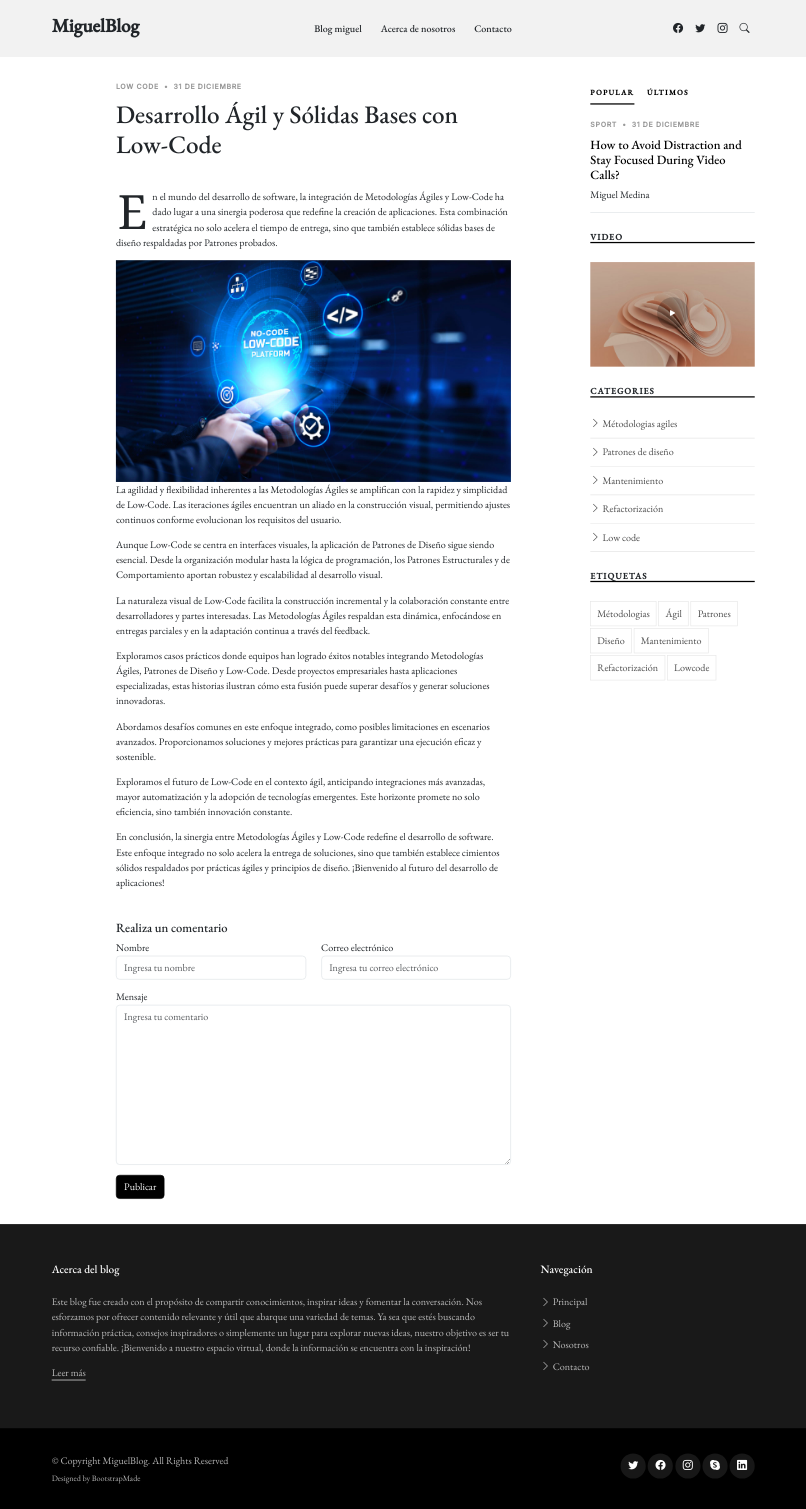
Repository: MiguelDev5/blog-miguel
Page: post-lc.html
An editor plug-in stored every save of this project. The page is shown before and after the next save, followed by the edit.
The browser window is 1280 px wide. The pictures show the whole page, at 63% of full size.
Some web fonts or font styles are not loaded; a fallback is used.

Above is the page before, as saved 2024-01-01 21:39:51.

### post-lc.html
<!DOCTYPE html>
<html lang="en">

<head>
  <meta charset="utf-8">
  <meta content="width=device-width, initial-scale=1.0" name="viewport">

  <title>MiguelBlog Bootstrap Template - Single Post</title>
  <meta content="" name="description">
  <meta content="" name="keywords">

  <!-- Favicons -->
  <link href="assets/img/favicon.png" rel="icon">
  <link href="assets/img/apple-touch-icon.png" rel="apple-touch-icon">

  <!-- Google Fonts -->
  <link rel="preconnect" href="https://fonts.googleapis.com">
  <link rel="preconnect" href="https://fonts.gstatic.com" crossorigin>
  <link href="https://fonts.googleapis.com/css2?family=EB+Garamond:wght@400;500&family=Inter:wght@400;500&family=Playfair+Display:ital,wght@0,400;0,700;1,400;1,700&display=swap" rel="stylesheet">

  <!-- Vendor CSS Files -->
  <link href="assets/vendor/bootstrap/css/bootstrap.min.css" rel="stylesheet">
  <link href="assets/vendor/bootstrap-icons/bootstrap-icons.css" rel="stylesheet">
  <link href="assets/vendor/swiper/swiper-bundle.min.css" rel="stylesheet">
  <link href="assets/vendor/glightbox/css/glightbox.min.css" rel="stylesheet">
  <link href="assets/vendor/aos/aos.css" rel="stylesheet">

  <!-- Template Main CSS Files -->
  <link href="assets/css/variables.css" rel="stylesheet">
  <link href="assets/css/main.css" rel="stylesheet">

  <!-- =======================================================
  * Template Name: MiguelBlog
  * Updated: Sep 18 2023 with Bootstrap v5.3.2
  * Template URL: https://bootstrapmade.com/miguelBlog-bootstrap-blog-template/
  * Author: BootstrapMade.com
  * License: https:///bootstrapmade.com/license/
  ======================================================== -->
</head>

<body>

  <!-- ======= Header ======= -->
  <header id="header" class="header d-flex align-items-center fixed-top">
    <div class="container-fluid container-xl d-flex align-items-center justify-content-between">

      <a href="index.html" class="logo d-flex align-items-center">
        <!-- Uncomment the line below if you also wish to use an image logo -->
        <!-- <img src="assets/img/logo.png" alt=""> -->
        <h1>MiguelBlog</h1>
      </a>

      <nav id="navbar" class="navbar">
        <ul>
          <li><a href="index.html">Blog miguel</a></li>
          <li><a href="about.html">Acerca de nosotros</a></li>
          <li><a href="contact.html">Contacto</a></li>
        </ul>
      </nav><!-- .navbar -->

      <div class="position-relative">
        <a href="#" class="mx-2"><span class="bi-facebook"></span></a>
        <a href="#" class="mx-2"><span class="bi-twitter"></span></a>
        <a href="#" class="mx-2"><span class="bi-instagram"></span></a>

        <a href="#" class="mx-2 js-search-open"><span class="bi-search"></span></a>
        <i class="bi bi-list mobile-nav-toggle"></i>

        <!-- ======= Search Form ======= -->
        <div class="search-form-wrap js-search-form-wrap">
          <form action="search-result.html" class="search-form">
            <span class="icon bi-search"></span>
            <input type="text" placeholder="Search" class="form-control">
            <button class="btn js-search-close"><span class="bi-x"></span></button>
          </form>
        </div><!-- End Search Form -->

      </div>

    </div>

  </header><!-- End Header -->

  <main id="main">

    <section class="single-post-content">
      <div class="container">
        <div class="row">
          <div class="col-md-9 post-content" data-aos="fade-up">

            <!-- ======= Single Post Content ======= -->
            <div class="single-post">
              <div class="post-meta"><span class="date">Low Code</span> <span class="mx-1">&bullet;</span> <span>31 de Diciembre</span></div>
              <h1 class="mb-5">Desarrollo Ágil y Sólidas Bases con Low-Code</h1>
              <p><span class="firstcharacter">E</span>n el mundo del desarrollo de software, la integración de Metodologías Ágiles y Low-Code ha dado lugar a una sinergia poderosa que redefine la creación de aplicaciones. Esta combinación estratégica no solo acelera el tiempo de entrega, sino que también establece sólidas bases de diseño respaldadas por Patrones probados.</p>
              <div class="col-md-9"></div>
                  <img src="assets/img/lc001.jpg" alt="" class="img-fluid" style="width: 200;">
              </div>

              <p>La agilidad y flexibilidad inherentes a las Metodologías Ágiles se amplifican con la rapidez y simplicidad de Low-Code. Las iteraciones ágiles encuentran un aliado en la construcción visual, permitiendo ajustes continuos conforme evolucionan los requisitos del usuario.</p>
              <p>Aunque Low-Code se centra en interfaces visuales, la aplicación de Patrones de Diseño sigue siendo esencial. Desde la organización modular hasta la lógica de programación, los Patrones Estructurales y de Comportamiento aportan robustez y escalabilidad al desarrollo visual.</p>
              <p>La naturaleza visual de Low-Code facilita la construcción incremental y la colaboración constante entre desarrolladores y partes interesadas. Las Metodologías Ágiles respaldan esta dinámica, enfocándose en entregas parciales y en la adaptación continua a través del feedback.</p>
              <p>Exploramos casos prácticos donde equipos han logrado éxitos notables integrando Metodologías Ágiles, Patrones de Diseño y Low-Code. Desde proyectos empresariales hasta aplicaciones especializadas, estas historias ilustran cómo esta fusión puede superar desafíos y generar soluciones innovadoras.</p>
              <p>Abordamos desafíos comunes en este enfoque integrado, como posibles limitaciones en escenarios avanzados. Proporcionamos soluciones y mejores prácticas para garantizar una ejecución eficaz y sostenible.</p>
              <p>Exploramos el futuro de Low-Code en el contexto ágil, anticipando integraciones más avanzadas, mayor automatización y la adopción de tecnologías emergentes. Este horizonte promete no solo eficiencia, sino también innovación constante.</p>
              <p>En conclusión, la sinergia entre Metodologías Ágiles y Low-Code redefine el desarrollo de software. Este enfoque integrado no solo acelera la entrega de soluciones, sino que también establece cimientos sólidos respaldados por prácticas ágiles y principios de diseño. ¡Bienvenido al futuro del desarrollo de aplicaciones!</p>

            <!-- ======= Comments Form ======= -->
            <div class="row justify-content-center mt-5">

              <div class="col-lg-12">
                <h5 class="comment-title">Realiza un comentario</h5>
                <div class="row">
                  <div class="col-lg-6 mb-3">
                    <label for="comment-name">Nombre</label>
                    <input type="text" class="form-control" id="comment-name" placeholder="Ingresa tu nombre">
                  </div>
                  <div class="col-lg-6 mb-3">
                    <label for="comment-email">Correo electrónico</label>
                    <input type="text" class="form-control" id="comment-email" placeholder="Ingresa tu correo electrónico">
                  </div>
                  <div class="col-12 mb-3">
                    <label for="comment-message">Mensaje</label>

                    <textarea class="form-control" id="comment-message" placeholder="Ingresa tu comentario" cols="30" rows="10"></textarea>
                  </div>
                  <div class="col-12">
                    <input type="submit" class="btn btn-primary" value="Publicar">
                  </div>
                </div>
              </div>
            </div><!-- End Comments Form -->

          </div>
          <div class="col-md-3">
            <!-- ======= Sidebar ======= -->
            <div class="aside-block">

              <ul class="nav nav-pills custom-tab-nav mb-4" id="pills-tab" role="tablist">
                <li class="nav-item" role="presentation">
                  <button class="nav-link active" id="pills-popular-tab" data-bs-toggle="pill" data-bs-target="#pills-popular" type="button" role="tab" aria-controls="pills-popular" aria-selected="true">Popular</button>
                </li>
                <li class="nav-item" role="presentation">
                  <button class="nav-link" id="pills-latest-tab" data-bs-toggle="pill" data-bs-target="#pills-latest" type="button" role="tab" aria-controls="pills-latest" aria-selected="false">Últimos</button>
                </li>
              </ul>

              <div class="tab-content" id="pills-tabContent">

                <!-- Popular -->
                <div class="tab-pane fade show active" id="pills-popular" role="tabpanel" aria-labelledby="pills-popular-tab">
                  <div class="post-entry-1 border-bottom">
                    <div class="post-meta"><span class="date">Sport</span> <span class="mx-1">&bullet;</span> <span>31 de Diciembre</span></div>
                    <h2 class="mb-2"><a href="#">How to Avoid Distraction and Stay Focused During Video Calls?</a></h2>
                    <span class="author mb-3 d-block">Miguel Medina</span>
                  </div>


                </div> <!-- End Popular -->



                <!-- Latest -->
                <div class="tab-pane fade" id="pills-latest" role="tabpanel" aria-labelledby="pills-latest-tab">
                  <div class="post-entry-1 border-bottom">
                    <div class="post-meta"><span class="date">Lifestyle</span> <span class="mx-1">&bullet;</span> <span>31 de Diciembre</span></div>
                    <h2 class="mb-2"><a href="#">Life Insurance And Pregnancy: A Working Mom’s Guide</a></h2>
                    <span class="author mb-3 d-block">Miguel Medina</span>
                  </div>



                </div> <!-- End Latest -->

              </div>
            </div>

            <div class="aside-block">
              <h3 class="aside-title">Video</h3>
              <div class="video-post">
                <a href="https://www.youtube.com/watch?v=AiFfDjmd0jU" class="glightbox link-video">
                  <span class="bi-play-fill"></span>
                  <img src="assets/img/post-landscape-5.jpg" alt="" class="img-fluid">
                </a>
              </div>
            </div><!-- End Video -->

            <div class="aside-block">
              <h3 class="aside-title">Categories</h3>
              <ul class="aside-links list-unstyled">
                <li><a href="category.html"><i class="bi bi-chevron-right"></i> Métodologias agiles</a></li>
                <li><a href="category.html"><i class="bi bi-chevron-right"></i> Patrones de diseño</a></li>
                <li><a href="category.html"><i class="bi bi-chevron-right"></i> Mantenimiento</a></li>
                <li><a href="category.html"><i class="bi bi-chevron-right"></i> Refactorización</a></li>
                <li><a href="category.html"><i class="bi bi-chevron-right"></i> Low code</a></li>
              </ul>
            </div><!-- End Categories -->

            <div class="aside-block">
              <h3 class="aside-title">Etiquetas</h3>
              <ul class="aside-tags list-unstyled">
                <li><a href="category.html">Métodologias</a></li>
                <li><a href="category.html">Ágil</a></li>
                <li><a href="category.html">Patrones</a></li>
                <li><a href="category.html">Diseño</a></li>
                <li><a href="category.html">Mantenimiento</a></li>
                <li><a href="category.html">Refactorización</a></li>
                <li><a href="category.html">Lowcode</a></li>
              </ul>
            </div><!-- End Tags -->

          </div>
        </div>
      </div>
    </section>
  </main><!-- End #main -->

  <!-- ======= Footer ======= -->
  <footer id="footer" class="footer">
    <div class="footer-content">
      <div class="container">
        <div class="row g-5">
          <div class="col-lg-8">
            <h3 class="footer-heading">Acerca del blog</h3>
            <p>Este blog fue creado con el propósito de compartir conocimientos, inspirar ideas y fomentar la conversación. Nos esforzamos por ofrecer contenido relevante y útil que abarque una variedad de temas. Ya sea que estés buscando información práctica, consejos inspiradores o simplemente un lugar para explorar nuevas ideas, nuestro objetivo es ser tu recurso confiable. ¡Bienvenido a nuestro espacio virtual, donde la información se encuentra con la inspiración!</p>
            <p><a href="about.html" class="footer-link-more">Leer más</a></p>
          </div>
          <div class="col-6 col-lg-2">
            <h3 class="footer-heading">Navegación</h3>
            <ul class="footer-links list-unstyled">
              <li><a href="index.html"><i class="bi bi-chevron-right"></i> Principal</a></li>
              <li><a href="index.html"><i class="bi bi-chevron-right"></i> Blog</a></li>
              <li><a href="about.html"><i class="bi bi-chevron-right"></i> Nosotros</a></li>
              <li><a href="contact.html"><i class="bi bi-chevron-right"></i> Contacto</a></li>
            </ul>
          </div>
        </div>
      </div>
    </div>

    <div class="footer-legal">
      <div class="container">

        <div class="row justify-content-between">
          <div class="col-md-6 text-center text-md-start mb-3 mb-md-0">
            <div class="copyright">
              © Copyright <strong><span>MiguelBlog</span></strong>. All Rights Reserved
            </div>

            <div class="credits">
              Designed by BootstrapMade
            </div>

          </div>

          <div class="col-md-6">
            <div class="social-links mb-3 mb-lg-0 text-center text-md-end">
              <a href="#" class="twitter"><i class="bi bi-twitter"></i></a>
              <a href="#" class="facebook"><i class="bi bi-facebook"></i></a>
              <a href="#" class="instagram"><i class="bi bi-instagram"></i></a>
              <a href="#" class="google-plus"><i class="bi bi-skype"></i></a>
              <a href="#" class="linkedin"><i class="bi bi-linkedin"></i></a>
            </div>

          </div>

        </div>

      </div>
    </div>
  </footer>

  <a href="#" class="scroll-top d-flex align-items-center justify-content-center"><i class="bi bi-arrow-up-short"></i></a>

  <!-- Vendor JS Files -->
  <script src="assets/vendor/bootstrap/js/bootstrap.bundle.min.js"></script>
  <script src="assets/vendor/swiper/swiper-bundle.min.js"></script>
  <script src="assets/vendor/glightbox/js/glightbox.min.js"></script>
  <script src="assets/vendor/aos/aos.js"></script>
  <script src="assets/vendor/php-email-form/validate.js"></script>

  <!-- Template Main JS File -->
  <script src="assets/js/main.js"></script>

</body>

</html>

Loaded but not shown: assets/vendor/bootstrap/css/bootstrap.min.css (library); assets/vendor/bootstrap-icons/bootstrap-icons.css (library); assets/vendor/swiper/swiper-bundle.min.css (library); assets/vendor/glightbox/css/glightbox.min.css (library); assets/vendor/aos/aos.css (library); assets/vendor/bootstrap/js/bootstrap.bundle.min.js (library); assets/vendor/swiper/swiper-bundle.min.js (library); assets/vendor/glightbox/js/glightbox.min.js (library); assets/vendor/aos/aos.js (library); assets/vendor/php-email-form/validate.js (common file); assets/js/main.js (154 lines, source omitted); assets/css/main.css (1300 lines, source omitted); assets/css/variables.css (207 lines, source omitted)

After the next save:
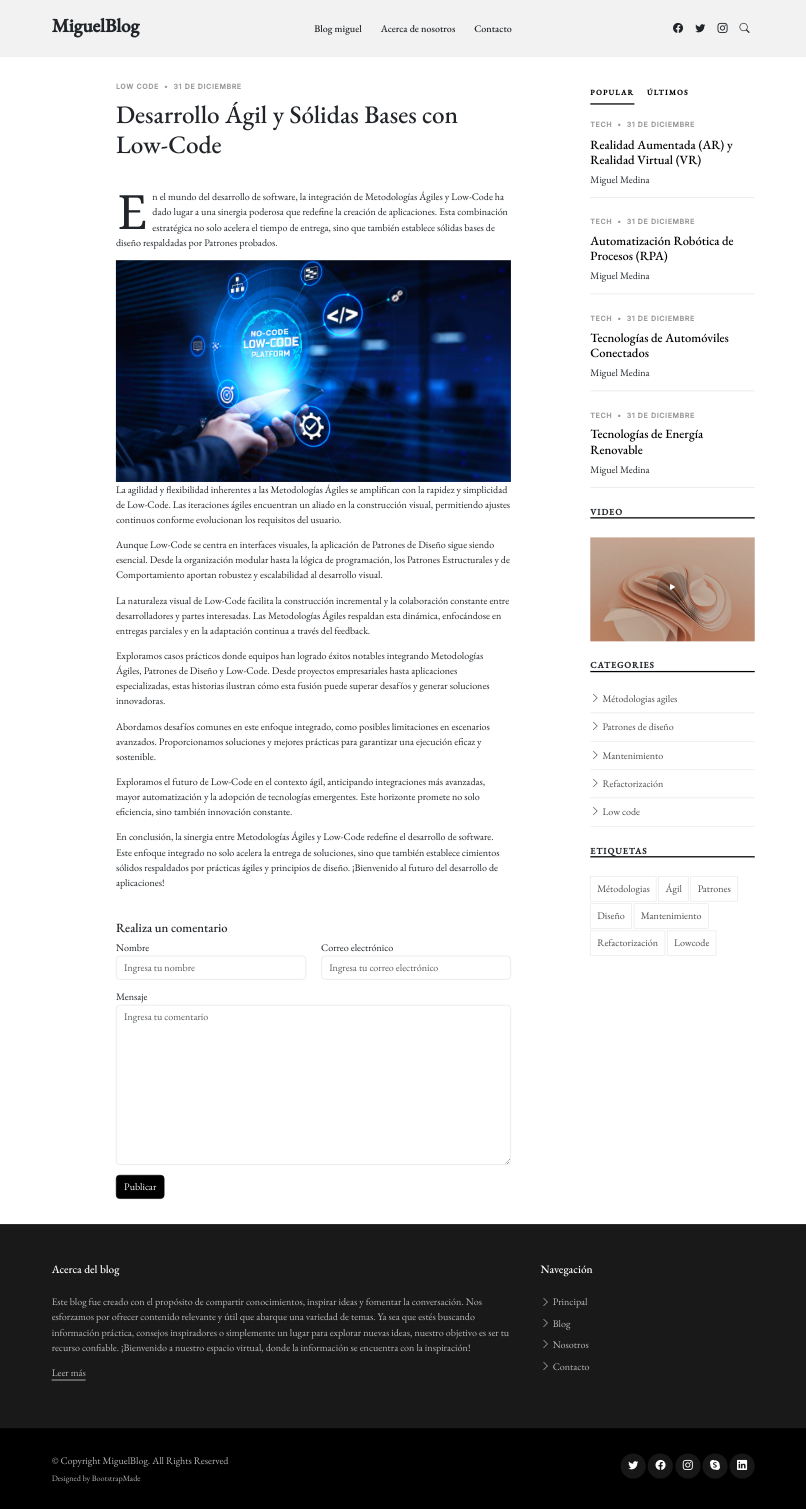
Saved 54 s later.
--- a/post-lc.html
+++ b/post-lc.html
@@ -150,26 +150,57 @@
                 <!-- Popular -->
                 <div class="tab-pane fade show active" id="pills-popular" role="tabpanel" aria-labelledby="pills-popular-tab">
                   <div class="post-entry-1 border-bottom">
-                    <div class="post-meta"><span class="date">Sport</span> <span class="mx-1">&bullet;</span> <span>31 de Diciembre</span></div>
-                    <h2 class="mb-2"><a href="#">How to Avoid Distraction and Stay Focused During Video Calls?</a></h2>
-                    <span class="author mb-3 d-block">Miguel Medina</span>
-                  </div>
-
-
+                    <div class="post-meta"><span class="date">Tech</span> <span class="mx-1">&bullet;</span> <span>31 de Diciembre</span></div>
+                    <h2 class="mb-2"><a href="#">Realidad Aumentada (AR) y Realidad Virtual (VR)</a></h2>
+                    <span class="author mb-3 d-block">Miguel Medina</span>
+                  </div>
+
+                  <div class="post-entry-1 border-bottom">
+                    <div class="post-meta"><span class="date">Tech</span> <span class="mx-1">&bullet;</span> <span>31 de Diciembre</span></div>
+                    <h2 class="mb-2"><a href="#">Automatización Robótica de Procesos (RPA)</a></h2>
+                    <span class="author mb-3 d-block">Miguel Medina</span>
+                  </div>
+
+                  <div class="post-entry-1 border-bottom">
+                    <div class="post-meta"><span class="date">Tech</span> <span class="mx-1">&bullet;</span> <span>31 de Diciembre</span></div>
+                    <h2 class="mb-2"><a href="#">Tecnologías de Automóviles Conectados</a></h2>
+                    <span class="author mb-3 d-block">Miguel Medina</span>
+                  </div>
+
+                  <div class="post-entry-1 border-bottom">
+                    <div class="post-meta"><span class="date">Tech</span> <span class="mx-1">&bullet;</span> <span>31 de Diciembre</span></div>
+                    <h2 class="mb-2"><a href="#">Tecnologías de Energía Renovable</a></h2>
+                    <span class="author mb-3 d-block">Miguel Medina</span>
+                  </div>
                 </div> <!-- End Popular -->
-
-
 
                 <!-- Latest -->
                 <div class="tab-pane fade" id="pills-latest" role="tabpanel" aria-labelledby="pills-latest-tab">
                   <div class="post-entry-1 border-bottom">
-                    <div class="post-meta"><span class="date">Lifestyle</span> <span class="mx-1">&bullet;</span> <span>31 de Diciembre</span></div>
-                    <h2 class="mb-2"><a href="#">Life Insurance And Pregnancy: A Working Mom’s Guide</a></h2>
-                    <span class="author mb-3 d-block">Miguel Medina</span>
-                  </div>
-
-
-
+                    <div class="post-meta"><span class="date">Tech</span> <span class="mx-1">&bullet;</span> <span>31 de Diciembre</span></div>
+                    <h2 class="mb-2"><a href="#">Bienestar Digital</a></h2>
+                    <span class="author mb-3 d-block">Miguel Medina</span>
+                  </div>
+                  <div class="post-entry-1 border-bottom">
+                    <div class="post-meta"><span class="date">Tech</span> <span class="mx-1">&bullet;</span> <span>31 de Diciembre</span></div>
+                    <h2 class="mb-2"><a href="#">Smart Cities</a></h2>
+                    <span class="author mb-3 d-block">Miguel Medina</span>
+                  </div>
+                  <div class="post-entry-1 border-bottom">
+                    <div class="post-meta"><span class="date">Tech</span> <span class="mx-1">&bullet;</span> <span>31 de Diciembre</span></div>
+                    <h2 class="mb-2"><a href="#">Economía de la Experiencia del Cliente</a></h2>
+                    <span class="author mb-3 d-block">Miguel Medina</span>
+                  </div>
+                  <div class="post-entry-1 border-bottom">
+                    <div class="post-meta"><span class="date">Tech</span> <span class="mx-1">&bullet;</span> <span>31 de Diciembre</span></div>
+                    <h2 class="mb-2"><a href="#">Ética en la Inteligencia Artificial</a></h2>
+                    <span class="author mb-3 d-block">Miguel Medina</span>
+                  </div>
+                  <div class="post-entry-1 border-bottom">
+                    <div class="post-meta"><span class="date">Tech</span> <span class="mx-1">&bullet;</span> <span>31 de Diciembre</span></div>
+                    <h2 class="mb-2"><a href="#">Teletrabajo y Colaboración Remota</a></h2>
+                    <span class="author mb-3 d-block">Miguel Medina</span>
+                  </div>
                 </div> <!-- End Latest -->
 
               </div>
